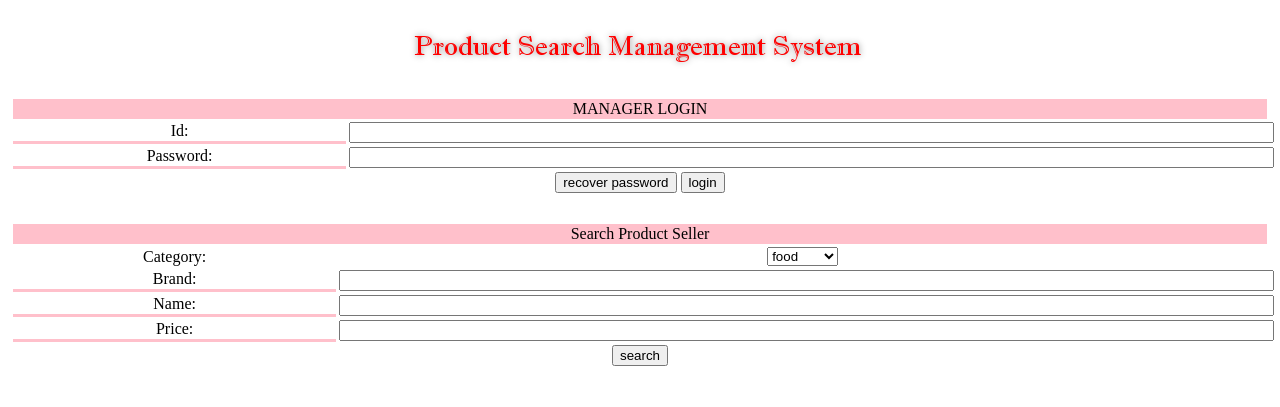
Repository: DishantVaghela/ProductSearchManagementSystem
Page: http://localhost/ProductSearchManagementSystem/
These files come from the project's save history. The page is drawn as it stood at one moment and after the next save; the edit follows.
The browser window is 1280 px wide. The pictures show the whole page.
The page is served by Tomcat 9.

Above is the page before, as saved 2017-04-28 23:01:26.

After the next save:
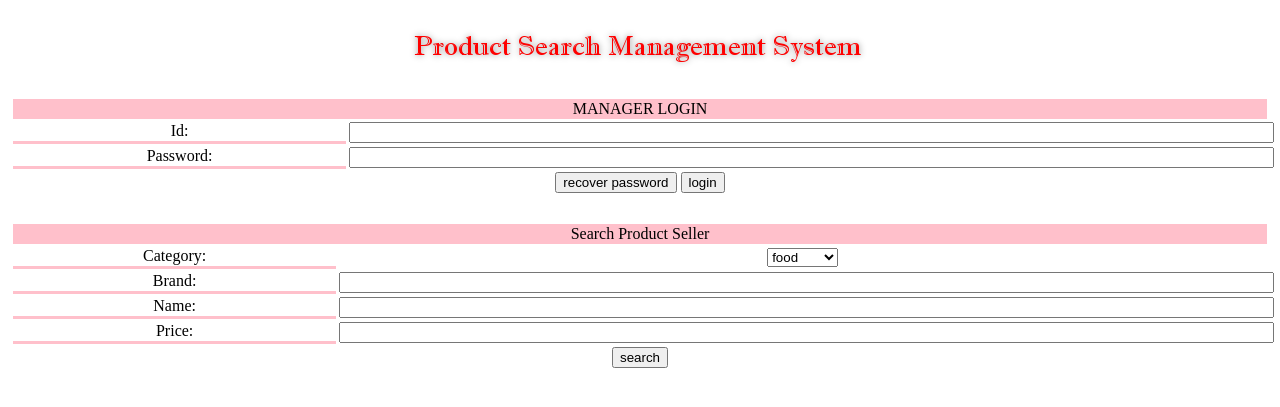
Saved 14 s later.
--- a/ProductSearchManagementSystem/WebContent/index.jsp
+++ b/ProductSearchManagementSystem/WebContent/index.jsp
@@ -52,7 +52,7 @@
 							<td colspan="2" bgcolor="pink">Search Product Seller</td>
 						</tr>
 						<tr>
-							<td>Category:</td>
+							<td class="title">Category:</td>
 							<td>
 								<select name="selectCategory">
 									<option>food</option>
